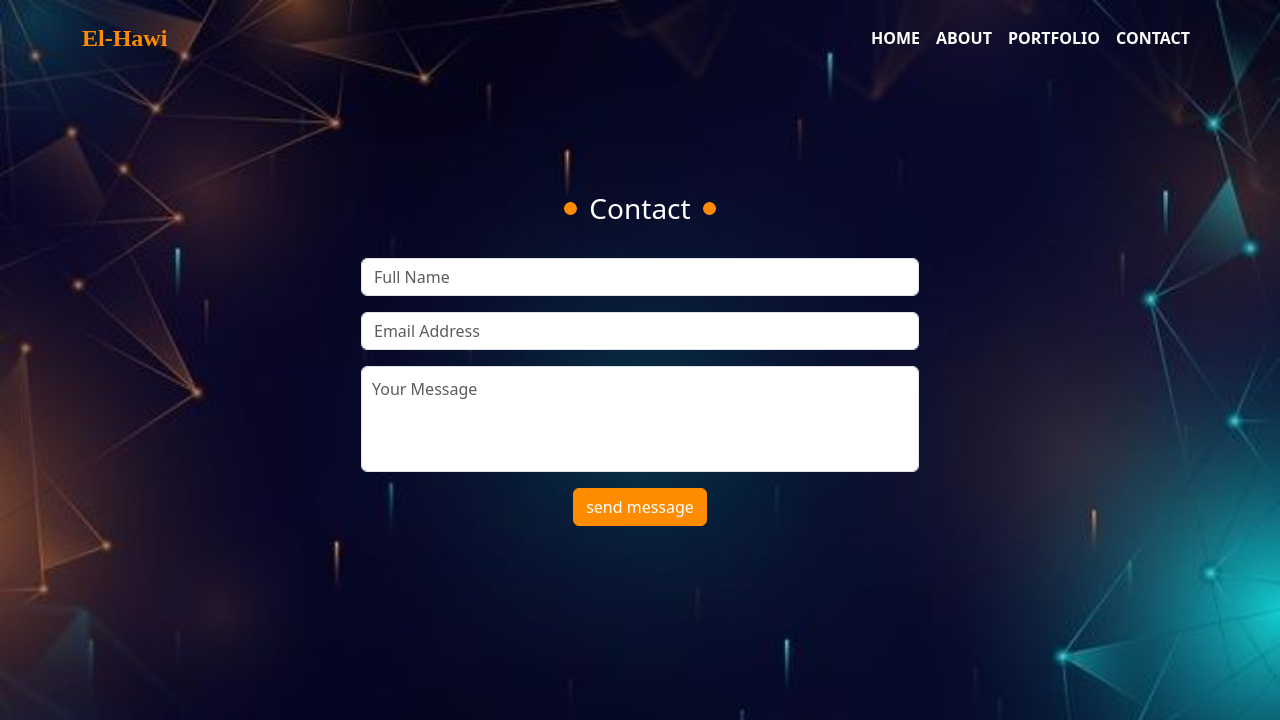
Repository: amralhawi123/Portfolio
Page: /contact
The author's editor kept a copy of each file at every save. The page is drawn from the files as they stood at one save, then again after a run of saves.
The browser window is 1280 px wide. The pictures show the whole page.
The project was rebuilt for these pictures with package versions that can differ from the ones it lists, and the page was loaded fresh each time. Also part of the build but not shown: src/components/landing/landing.css, src/components/landing/landing.js, src/components/about/about.css, src/components/about/About.js, src/components/Portfolio/portfolio.css, src/components/Portfolio/Portfolio.js. Imported but missing from the stored project, and not drawn on this page: src/image/Amr Mahmoud Alhawi.pdf.

Above is the page before, as saved 2023-08-28 17:36:32.

After the next 3 saves:
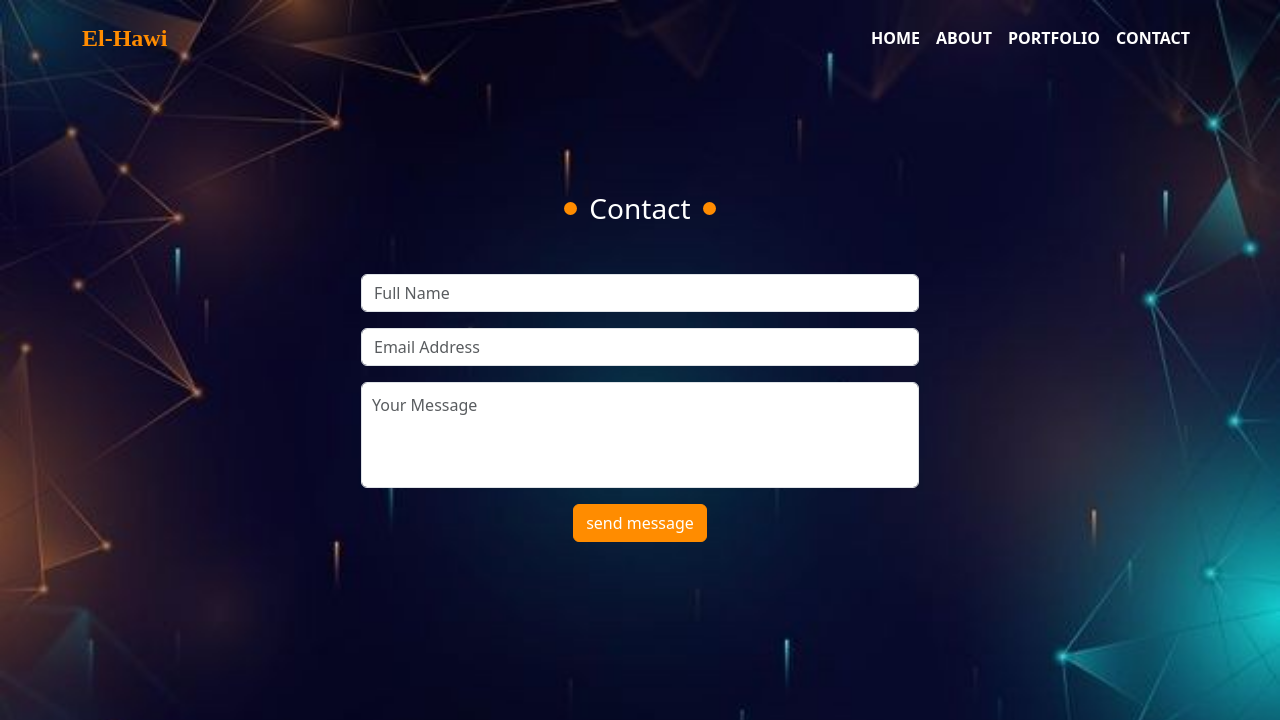
The 3 saves are shown as one change because they came seconds apart.
The last was saved 29 s later.
--- a/src/components/contact/contact.js
+++ b/src/components/contact/contact.js
@@ -6,14 +6,14 @@ const Contact = () => {
     <div className='contact text-center' id='contact'>
       <h3 className=' my-3'>Contact</h3>
        <Form className=' my-3'>
-      <Form.Group className="mb-3" controlId="formBasicEmail">
+      <Form.Group className="my-3" controlId="formBasicEmail">
         <Form.Control type="text" placeholder="Full Name" />
       </Form.Group>
-      <Form.Group className="mb-3" controlId="formBasicEmail">
+      <Form.Group className="my-3" controlId="formBasicEmail">
         <Form.Control type="email" placeholder="Email Address" />
       </Form.Group>
 
-      <Form.Group className="mb-3" controlId="formBasicPassword">
+      <Form.Group className="my-3" controlId="formBasicPassword">
         <Form.Control type="text" className='heghit' placeholder="Your Message" />
       </Form.Group>
       <Button variant="primary" className='button' type="submit">
